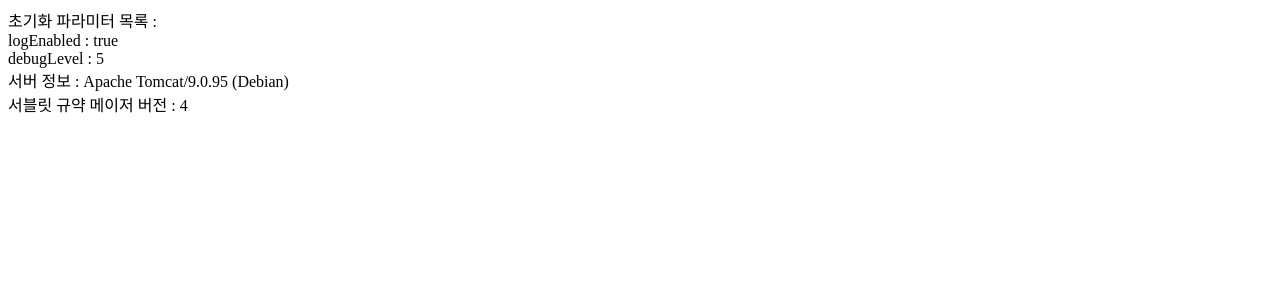
Repository: minkyung0421/JSP_Study
Page: http://localhost/Chapter07/application_02.jsp
The author's editor kept a copy of each file at every save. The page is drawn from the files as they stood at one save, then again after the next save.
The browser window is 1280 px wide. The pictures show the whole page.
The page is served by Tomcat 9.

Above is the page before, as saved 2018-07-05 04:25:16.

### Chapter07/WebContent/application_02.jsp
<%@page import="java.util.Enumeration"%>
<%@ page language="java" contentType="text/html; charset=UTF-8"
    pageEncoding="UTF-8"%>
<!DOCTYPE html>
<html>
<head>
<meta charset="UTF-8">
<title>Insert title here</title>
</head>
<body>
초기화 파라미터 목록 : <br>
<%
	Enumeration para = application.getInitParameterNames();
	while(para.hasMoreElements()){
		String key1 = (String)para.nextElement();
		String value1 = application.getInitParameter(key1);
		out.println(key1 + " : " + value1 +"<br>");
	}
%>

서버 정보 : <%=application.getServerInfo() %> <br>
서블릿 규약 메이저 버전 : <%= application.getMajorVersion() %> <!-- 현재 사용하고 있는 서버 -->
</body>
</html>

After the next save:
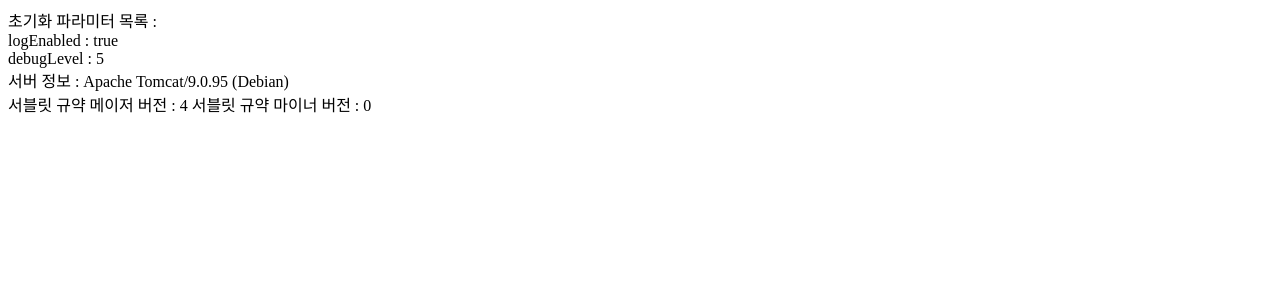
Saved 33 s later.
--- a/Chapter07/WebContent/application_02.jsp
+++ b/Chapter07/WebContent/application_02.jsp
@@ -20,5 +20,6 @@
 
 서버 정보 : <%=application.getServerInfo() %> <br>
 서블릿 규약 메이저 버전 : <%= application.getMajorVersion() %> <!-- 현재 사용하고 있는 서버 -->
+서블릿 규약 마이너 버전 : <%= application.getMinorVersion() %>
 </body>
 </html>
